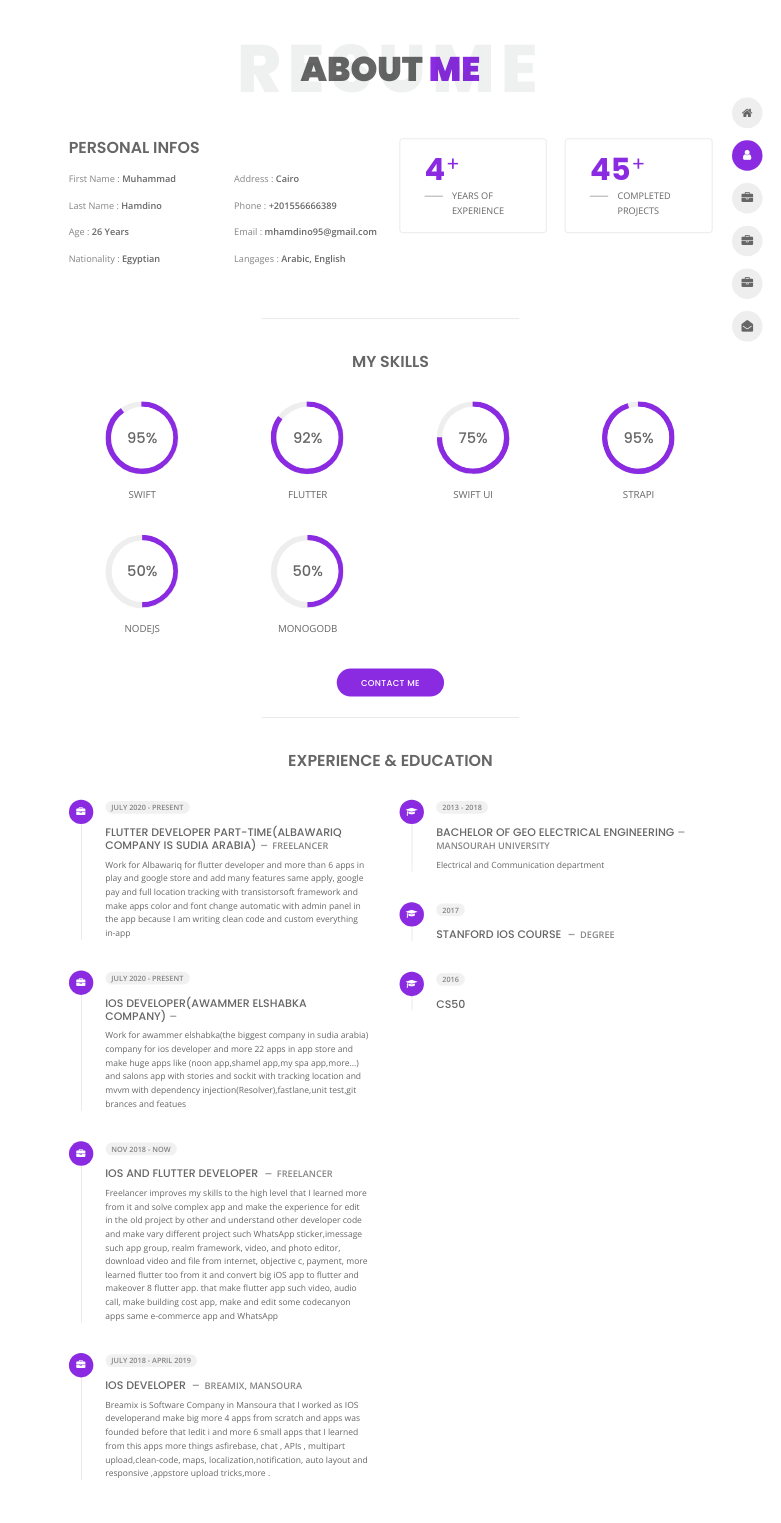
Repository: mhamdimno/mywebsite
Page: about.html
An editor plug-in stored every save of this project. The page is shown before and after the next save, followed by the edit.
The browser window is 1280 px wide. The pictures show the whole page, at 61% of full size.

Above is the page before, as saved 2023-06-03 14:26:31.

After the next save:
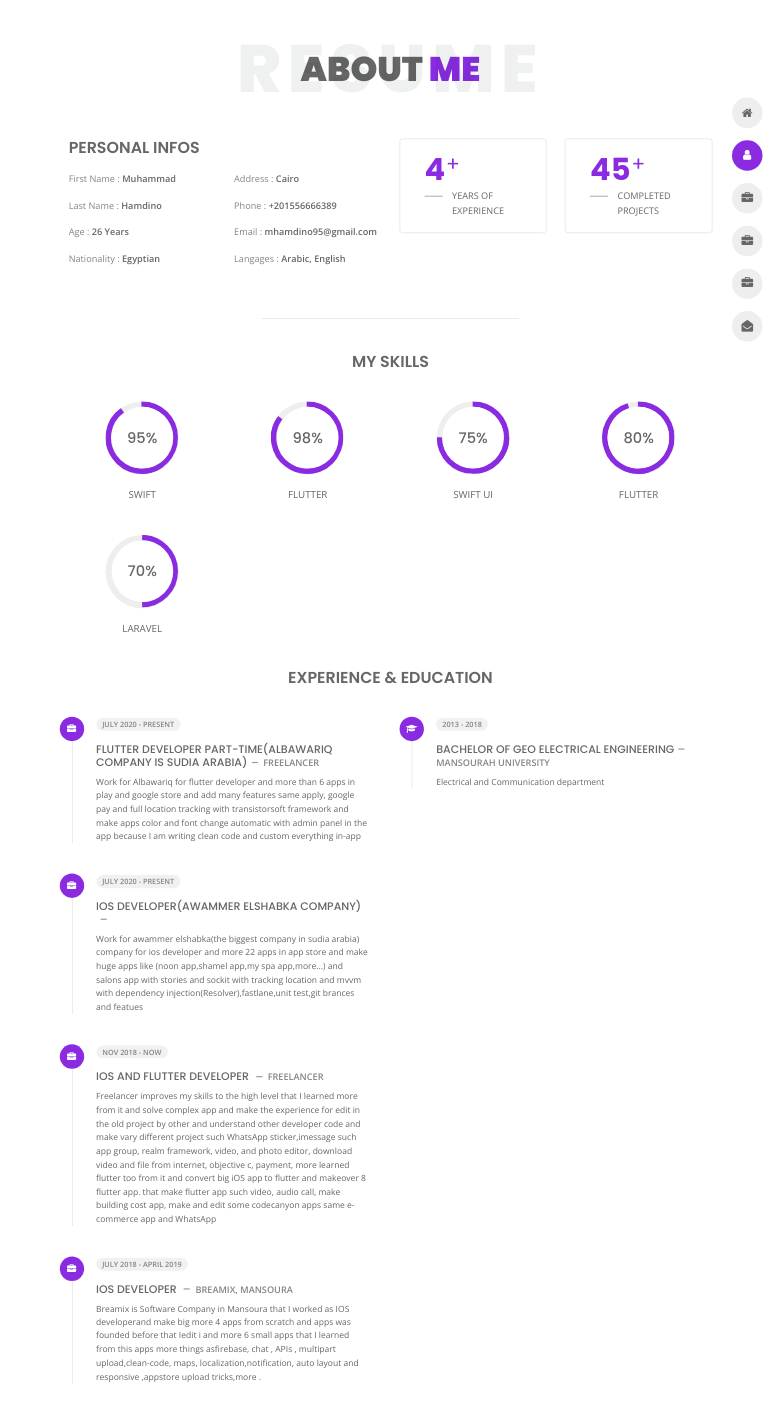
Saved 11 min 3 s later.
--- a/about.html
+++ b/about.html
@@ -165,7 +165,7 @@
             </div>
             <div class="col-6 col-md-3 mb-3 mb-sm-5">
                 <div class="c100 p85">
-                    <span>92%</span>
+                    <span>98%</span>
                     <div class="slice">
                         <div class="bar"></div>
                         <div class="fill"></div>
@@ -185,38 +185,25 @@
             </div>
             <div class="col-6 col-md-3 mb-3 mb-sm-5">
                 <div class="c100 p95">
-                    <span>95%</span>
-                    <div class="slice">
-                        <div class="bar"></div>
-                        <div class="fill"></div>
-                    </div>
-                </div>
-                <h6 class="text-uppercase open-sans-font text-center mt-2 mt-sm-4">Strapi</h6>
+                    <span>80%</span>
+                    <div class="slice">
+                        <div class="bar"></div>
+                        <div class="fill"></div>
+                    </div>
+                </div>
+                <h6 class="text-uppercase open-sans-font text-center mt-2 mt-sm-4">Flutter</h6>
             </div>
             <div class="col-6 col-md-3 mb-3 mb-sm-5">
                 <div class="c100 p50">
-                    <span>50%</span>
-                    <div class="slice">
-                        <div class="bar"></div>
-                        <div class="fill"></div>
-                    </div>
-                </div>
-                <h6 class="text-uppercase open-sans-font text-center mt-2 mt-sm-4">NodeJS</h6>
-            </div>
-            <div class="col-6 col-md-3 mb-3 mb-sm-5">
-                <div class="c100 p50">
-                    <span>50%</span>
-                    <div class="slice">
-                        <div class="bar"></div>
-                        <div class="fill"></div>
-                    </div>
-                </div>
-                <h6 class="text-uppercase open-sans-font text-center mt-2 mt-sm-4">MonogoDB</h6>
-            </div>
-            <div class="col-12" style="text-align: center;margin-bottom: 30px;">
-                <a href="contact.html" class="btn btn-about">Contact me</a>
-            </div>
-        </div>
+                    <span>70%</span>
+                    <div class="slice">
+                        <div class="bar"></div>
+                        <div class="fill"></div>
+                    </div>
+                </div>
+                <h6 class="text-uppercase open-sans-font text-center mt-2 mt-sm-4">Laravel</h6>
+            </div>
+
         <!-- Skills Ends -->
         <hr class="separator mt-1">
         <!-- Experience & Education Starts -->
@@ -279,21 +266,7 @@ Work for awammer elshabka(the biggest company in sudia arabia) company for ios d
                             <h5 class="poppins-font text-uppercase">Bachelor of Geo Electrical Engineering <span class="place open-sans-font">Mansourah University</span></h5>
                             <p class="open-sans-font">Electrical and Communication department</p>
                         </li>
-                        <li>
-                            <div class="icon">
-                                <i class="fa fa-graduation-cap"></i>
-                            </div>
-                            <span class="time open-sans-font text-uppercase">2017</span>
-                            <h5 class="poppins-font text-uppercase">Stanford IOS Course <span class="place open-sans-font">Degree</span></h5>
-                        </li>
-                        <li>
-                            <div class="icon">
-                                <i class="fa fa-graduation-cap"></i>
-                            </div>
-                            <span class="time open-sans-font text-uppercase">2016</span>
-                            <h5 class="poppins-font text-uppercase">CS50</h5>
-                            <p class="open-sans-font"></p>
-                        </li>
+
 
                     </ul>
                 </div>
